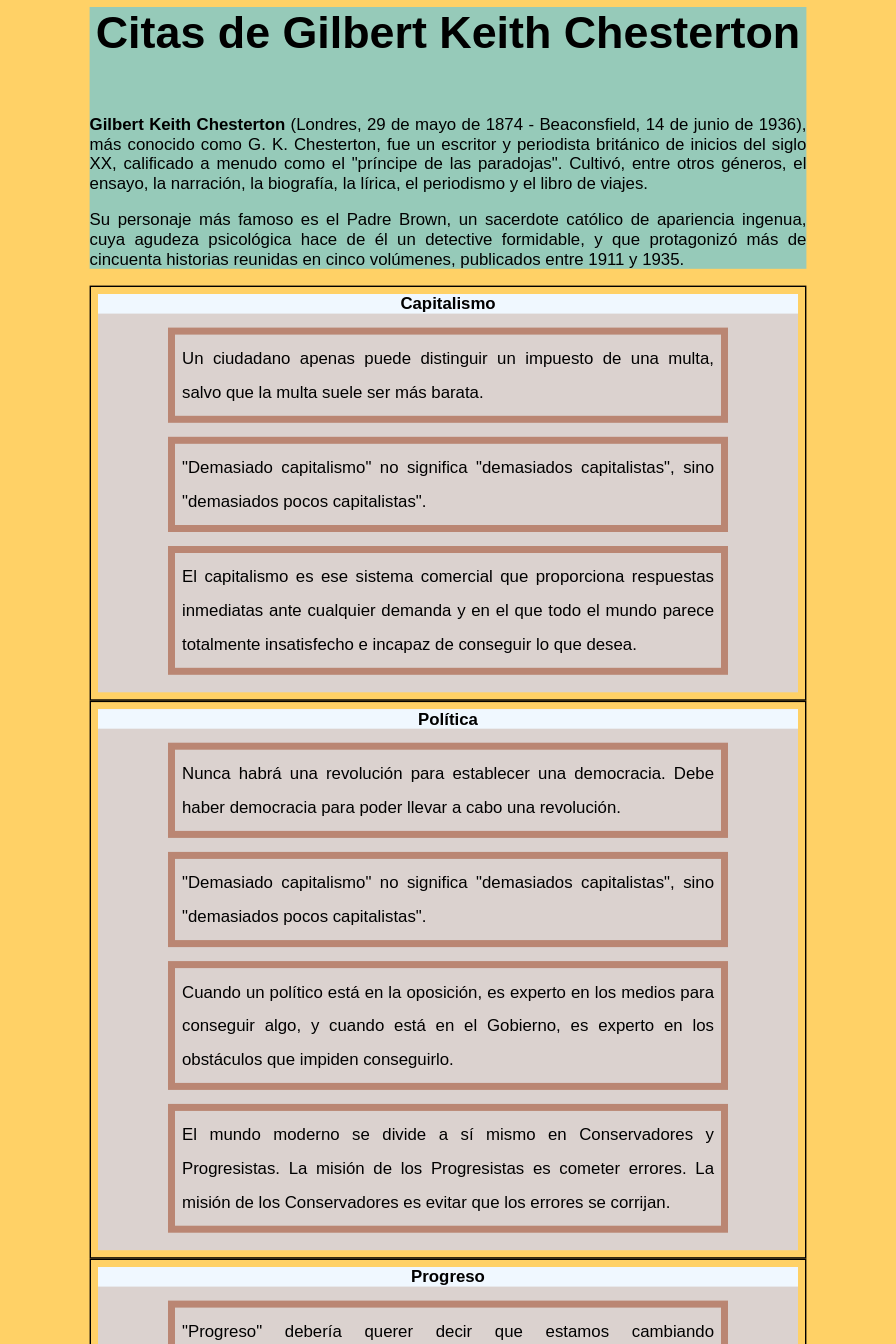
Repository: EmilyMachuca-Developer/Advanced-Programming-Projects
Page: index.html
The author's editor kept a copy of each file at every save. The page is drawn from the files as they stood at one save, then again after the next save.
The browser window is 1280 px wide. The pictures show the part of the page from y = 0 to 1920 px (the page is 2668 px tall before and 1595 px after), at 70% of full size.

Above is the page before, as saved 2024-02-26 20:52:53.

### index.html
<html lang="es">
<head>
<meta charset="utf-8">
<link rel="stylesheet" href="Taller 2/css/style.css">
<title>Emily Machuca</title>
</head>

<body>
    <div style="background-color: rgb(150, 202, 185);">
        <h1>Citas de Gilbert Keith Chesterton</h1> <br><br>
        <p><strong>Gilbert Keith Chesterton</strong> (Londres, 29 de mayo de 1874 - Beaconsfield, 14 de junio de 1936), más conocido como G. K. Chesterton, fue un escritor y periodista británico de inicios del siglo XX, calificado a menudo como el "príncipe de las paradojas". Cultivó, entre otros géneros, el ensayo, la narración, la biografía, la lírica, el periodismo y el libro de viajes.</p>
        <p>Su personaje más famoso es el Padre Brown, un sacerdote católico de apariencia ingenua, cuya agudeza psicológica hace de él un detective formidable, y que protagonizó más de cincuenta historias reunidas en cinco volúmenes, publicados entre 1911 y 1935.</p>
    </div>
    <main><section><div style="background-color: aliceblue;"><h7><strong><center>Capitalismo</center></strong></h7></div>
        <div><p>Un ciudadano apenas puede distinguir un impuesto de una multa, salvo que la multa suele ser más barata.</p>
            <div><p>"Demasiado capitalismo" no significa "demasiados capitalistas", sino "demasiados pocos capitalistas".</p></div>
            <div><p>El capitalismo es ese sistema comercial que proporciona respuestas inmediatas ante cualquier demanda y en el que todo el mundo parece totalmente insatisfecho e incapaz de conseguir lo que desea.</p></div>
        </div></section><b></b></main>

        <main><section><div style="background-color: aliceblue;"><h7><strong><center>Política</center></strong></h7></div>
            <div><p>Nunca habrá una revolución para establecer una democracia. Debe haber democracia para poder llevar a cabo una revolución.</p>
                <div><p>"Demasiado capitalismo" no significa "demasiados capitalistas", sino "demasiados pocos capitalistas".</p></div>
                <div><p>Cuando un político está en la oposición, es experto en los medios para conseguir algo, y cuando está en el Gobierno, es experto en los obstáculos que impiden conseguirlo.</p></div>
                <div><p>El mundo moderno se divide a sí mismo en Conservadores y Progresistas. La misión de los Progresistas es cometer errores. La misión de los Conservadores es evitar que los errores se corrijan.</p></div>
            </div></section></main>

            <div><main><section><div style="background-color: aliceblue;"><h7><strong><center>Progreso</center></strong></h7></div>
                <div><p>"Progreso" debería querer decir que estamos cambiando continuamente el mundo para adecuarlo a nuestros ideales, en vez de estar cambiando continuamente de ideales.</p>
                    <div><p>Mi actitud hacia el progreso ha pasado del antagonismo al aburrimiento. Hace tiempo que he dejado de discutir con la gente que prefiere el jueves al miércoles simplemente porque es jueves.</p></div>
                    <div><p>Los hombres inventan nuevos ideales porque no se atreven a alcanzar los viejos ideales. Miran hacia delante con entusiasmo porque tienen miedo de mirar hacia atrás.</p></div>
                    <div><p>El pasado ya no es lo que era.</p></div>
                </div></section></main></div>

<footer>Citas obtenidas en internet. Traducción del inglés propia.</footer>
</body>
</html>

### Taller 2/css/style.css
body {
    margin: 10px 10%;
    background-color: ffd166;
    font-family: sans-serif;
    font-size: 1.5rem;
    text-align: justify;
  }

  header {
    padding: 0 10px;
    background-color: hwb(0 94% 6% / 0.767);
  }

  h1 {
    margin: 0;
    font-size: 4rem;
    text-align: center;
  }

  main {
    display: block;
    border: rgb(0, 0, 0) 2px solid;
    padding: 10px;

  }

  section {
    padding-bottom: 5px;
    background-color: hwb(17 81% 14%)
  }

  section + section {
    margin-top: 40px;
  }

  h2 {
    margin: 0;
    padding-left: 10px;
    background-color: white;
  }

  section p {
    border: hwb(16 45% 27%)10px solid;
    margin: 20px 10%;
    padding: 10px;
    color: rgb(0, 0, 0);
    line-height: 200%;
  }

  footer {
    border-top: black 5px solid;
    margin: 20px 0;
    padding: 0 10px;
    background-color: hwb(15 50% 40%);
    font-size: 1.2rem;
  }

After the next save:
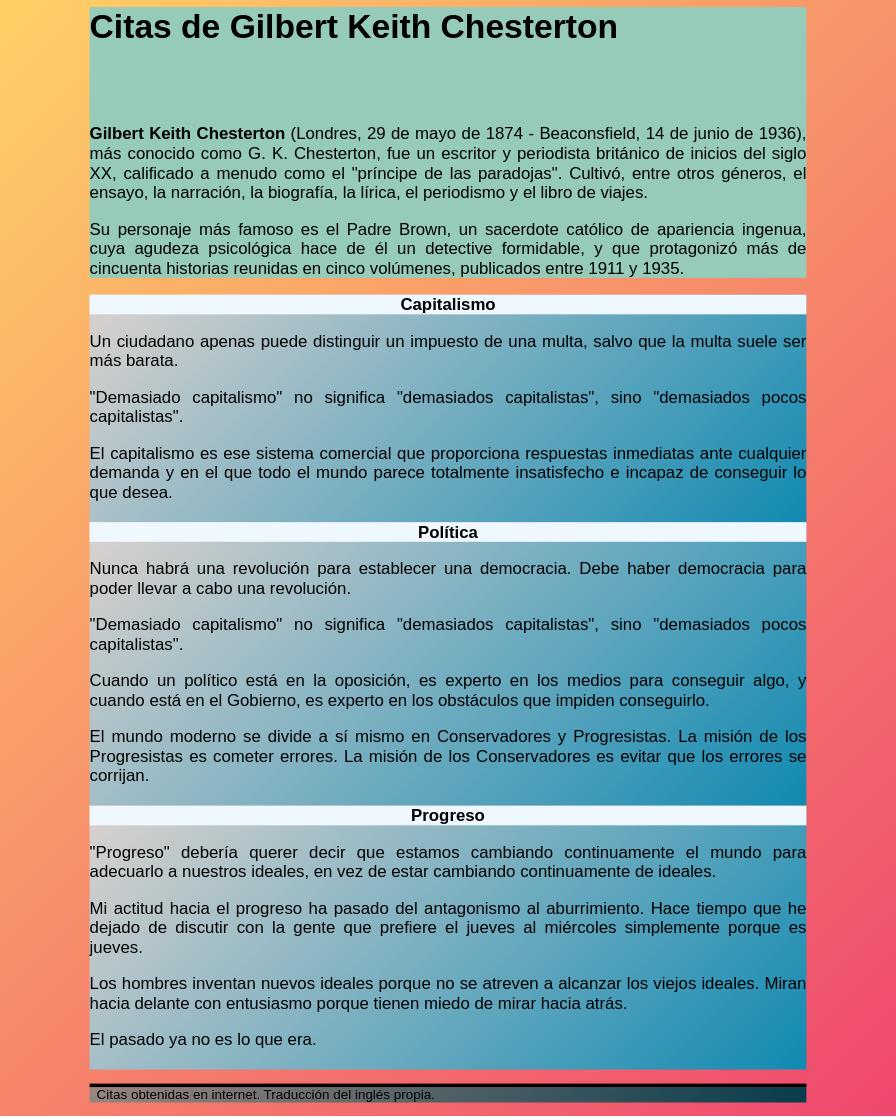
Saved 59 s later.
--- a/Taller 2/css/style.css
+++ b/Taller 2/css/style.css
@@ -1,56 +1,25 @@
 body {
     margin: 10px 10%;
-    background-color: ffd166;
+    background: linear-gradient(135deg, #ffd166, #ef476f);
     font-family: sans-serif;
     font-size: 1.5rem;
     text-align: justify;
-  }
+}
 
-  header {
+header {
     padding: 0 10px;
-    background-color: hwb(0 94% 6% / 0.767);
-  }
+    background: linear-gradient(135deg, hwb(0 94% 6% / 0.767), #06d6a0);
+}
 
-  h1 {
-    margin: 0;
-    font-size: 4rem;
-    text-align: center;
-  }
+section {
+    padding-bottom: 5px;
+    background: linear-gradient(135deg, hwb(17 81% 14%), #118ab2);
+}
 
-  main {
-    display: block;
-    border: rgb(0, 0, 0) 2px solid;
-    padding: 10px;
-
-  }
-
-  section {
-    padding-bottom: 5px;
-    background-color: hwb(17 81% 14%)
-  }
-
-  section + section {
-    margin-top: 40px;
-  }
-
-  h2 {
-    margin: 0;
-    padding-left: 10px;
-    background-color: white;
-  }
-
-  section p {
-    border: hwb(16 45% 27%)10px solid;
-    margin: 20px 10%;
-    padding: 10px;
-    color: rgb(0, 0, 0);
-    line-height: 200%;
-  }
-
-  footer {
+footer {
     border-top: black 5px solid;
     margin: 20px 0;
     padding: 0 10px;
-    background-color: hwb(15 50% 40%);
-    font-size: 1.2rem;
-  }
+    background: linear-gradient(135deg, hwb(15 50% 40%), #073b4c);
+    font-size: 1.2rem;
+}
